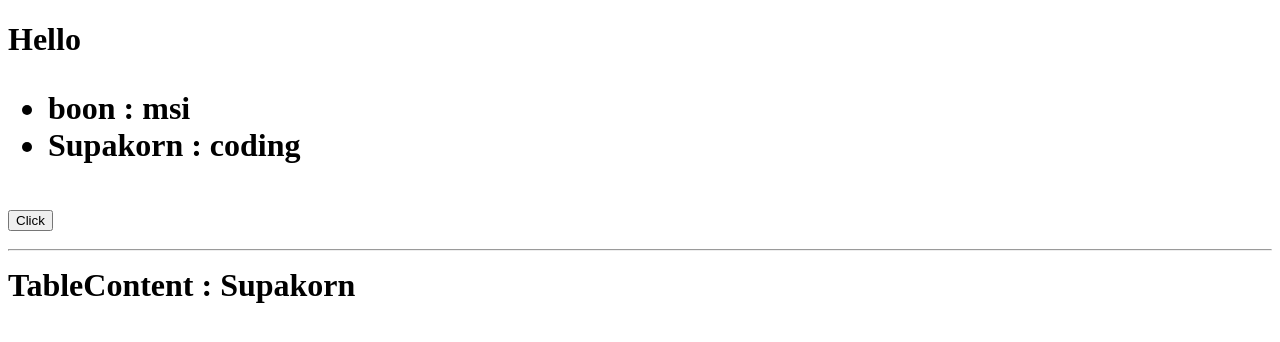
Repository: supakorn5039-boon/React-s
Page: /
An editor plug-in stored every save of this project. The page is shown before and after a run of saves, followed by the edit.
The browser window is 1280 px wide. The pictures show the whole page.
The project was rebuilt for these pictures with package versions that can differ from the ones it lists, and the page was loaded fresh each time. Also part of the build but not shown: vite.config.js.

Above is the page before, as saved 2024-01-09 09:10:32.

### src/App.jsx
import { useState } from "react";
import Navbar from "./components/Navbar";
import TableContent from "./components/TableContent";

export default function App() {
  const [data, setData] = useState("Supakorn");
  var name = "Boon";

  const handleShow = () => {
    console.log("Click");
  };

  return (
    <h1>
      Hello
      <Navbar text={name} handleShow={handleShow} setData={setData} />
      <hr />
      <TableContent data={data} />
    </h1>
  );
}

### src/components/Navbar.jsx
import { useState } from "react";

/* eslint-disable react/prop-types */
export default function Navbar() {
  const [show, setShow] = useState(false);

  const [s, setS] = useState([
    { name: "boon", detail: "msi" },
    { name: "Supakorn", detail: "coding" },
  ]);
  const handleClick = () => {
    setS(s + 1);
    setShow(true);
    if (show === true) {
      alert("555+");
    }
  };

  return (
    <div>
      <ul >
        {s.map((item, index) => {
          return (
            <li key={index}>
              {item.name} : {item.detail}
            </li>
          );
        })}
      </ul>
      <button onClick={() => handleClick()}>Click</button>
    </div>
  );
}

### src/components/TableContent.jsx
export default function TableContent({ data }) {
  return <div>TableContent : {data}</div>;
}

Loaded but not shown: index.html (common file); src/main.jsx (common file)

After the next 4 saves:
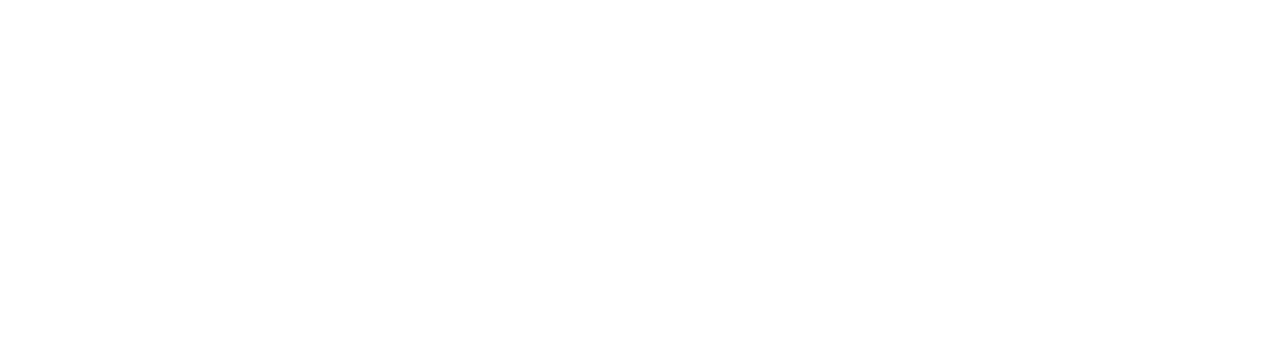
Console error: ReferenceError: color is not defined
The 4 saves are shown as one change because they came seconds apart.
The last was saved 10 s later.
--- a/src/components/Navbar.jsx
+++ b/src/components/Navbar.jsx
@@ -18,7 +18,7 @@
 
   return (
     <div>
-      <ul >
+      <ul style={{ color }} >
         {s.map((item, index) => {
           return (
             <li key={index}>

After the save that followed:
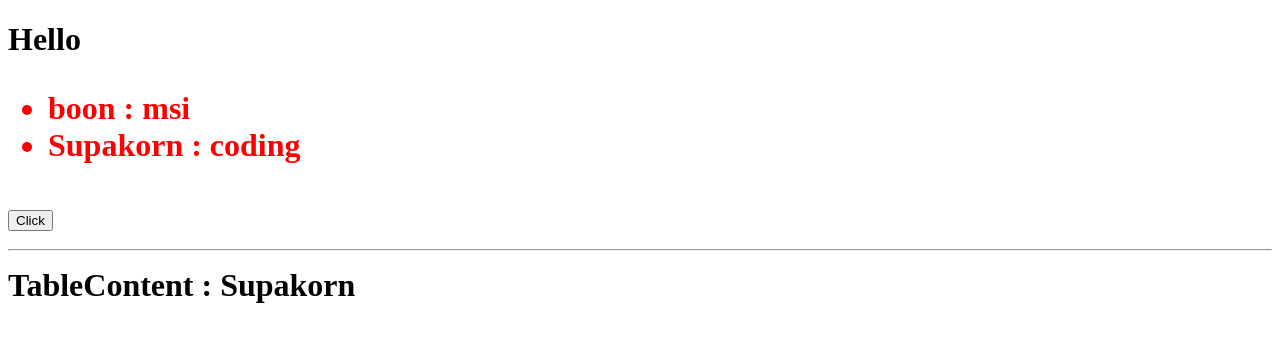
The error is gone.
Saved 6 s later.
--- a/src/components/Navbar.jsx
+++ b/src/components/Navbar.jsx
@@ -18,7 +18,7 @@
 
   return (
     <div>
-      <ul style={{ color }} >
+      <ul style={{ color: "red" }}>
         {s.map((item, index) => {
           return (
             <li key={index}>
